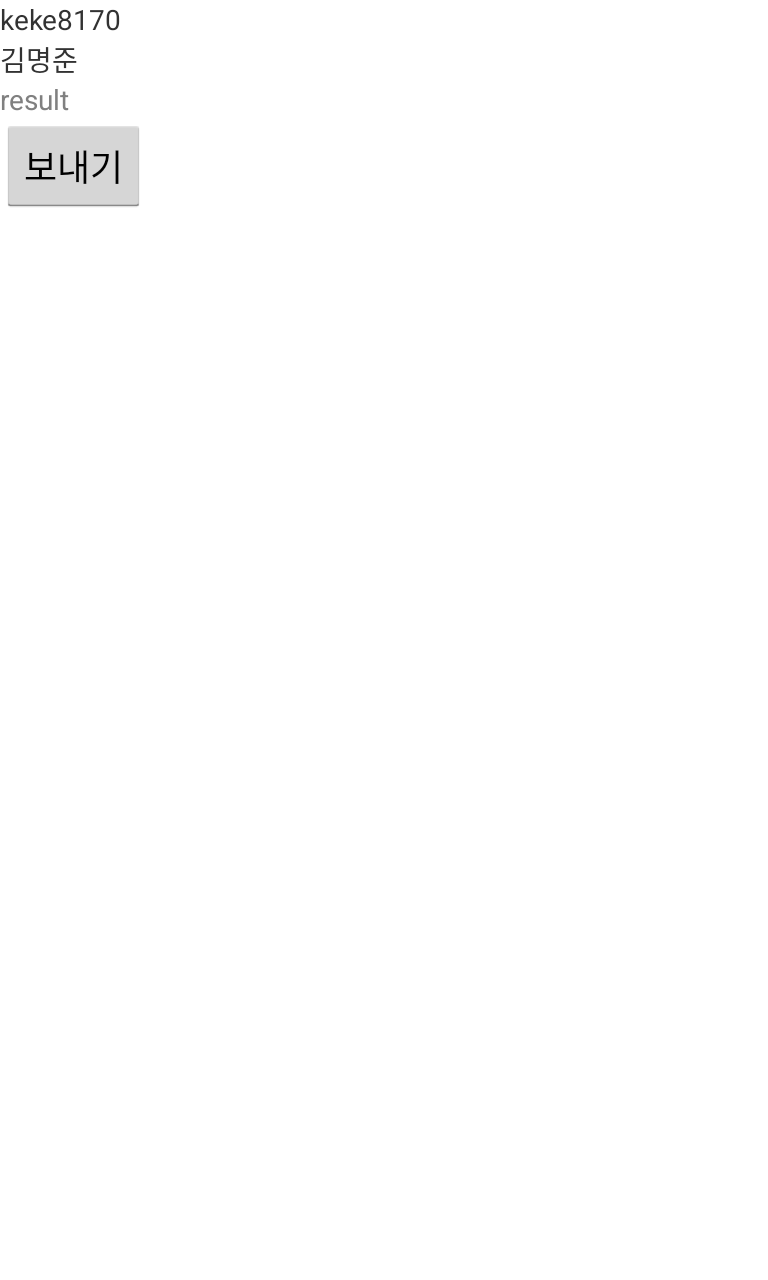
Repository: HSUmod/nanumi
Layout: Nanumi/res/layout/activity_main.xml
An editor plug-in stored every save of this project. The layout is shown before and after the next save, followed by the edit.
It is drawn on a 768 x 1280 px phone screen (xhdpi) without system bars, with theme AppTheme; the app's code is not run.

Above is the layout before, as saved 2015-11-11 05:30:40.

### Nanumi/res/layout/activity_main.xml
<LinearLayout xmlns:android="http://schemas.android.com/apk/res/android"
    xmlns:tools="http://schemas.android.com/tools"
    android:layout_width="match_parent"
    android:layout_height="match_parent"
    android:orientation="vertical"
    tools:context="com.example.nanumi.MainActivity" >

    <TextView
        android:id="@+id/user_id"
        android:layout_width="wrap_content"
        android:layout_height="wrap_content"
        android:text="keke8170" />

    <TextView
        android:id="@+id/user_name"
        android:layout_width="wrap_content"
        android:layout_height="wrap_content"
        android:text="김명준" />

    <TextView
        android:id="@+id/result"
        android:layout_width="wrap_content"
        android:layout_height="wrap_content"
        android:hint="result" />

    <Button
        android:id="@+id/sendBtn"
        android:layout_width="wrap_content"
        android:layout_height="wrap_content"
        android:text="보내기" />

</LinearLayout>

Loaded but not shown: Nanumi/res/values/styles.xml (common file); Nanumi/res/values-v11/styles.xml (common file); Nanumi/res/values-v14/styles.xml (common file)

After the next save:
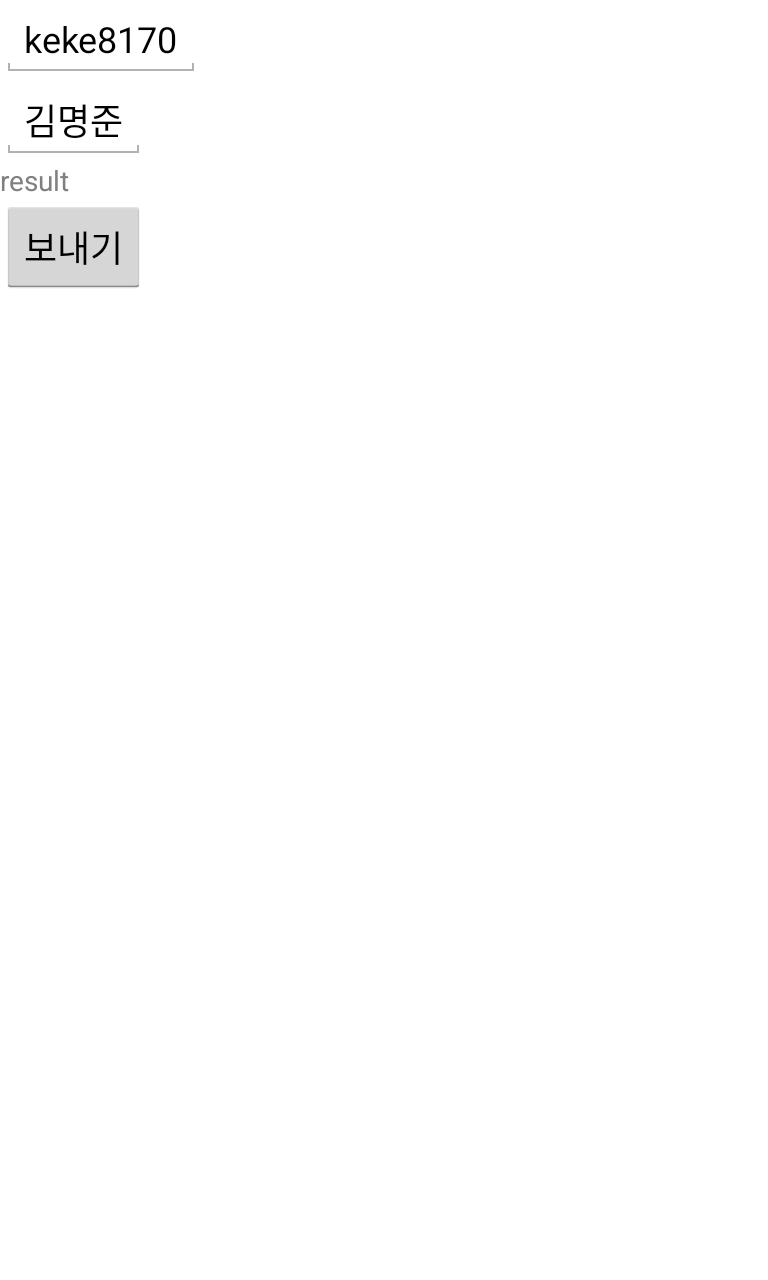
Saved 38 s later.
--- a/Nanumi/res/layout/activity_main.xml
+++ b/Nanumi/res/layout/activity_main.xml
@@ -5,13 +5,13 @@
     android:orientation="vertical"
     tools:context="com.example.nanumi.MainActivity" >
 
-    <TextView
+    <EditText
         android:id="@+id/user_id"
         android:layout_width="wrap_content"
         android:layout_height="wrap_content"
         android:text="keke8170" />
 
-    <TextView
+    <EditText
         android:id="@+id/user_name"
         android:layout_width="wrap_content"
         android:layout_height="wrap_content"
